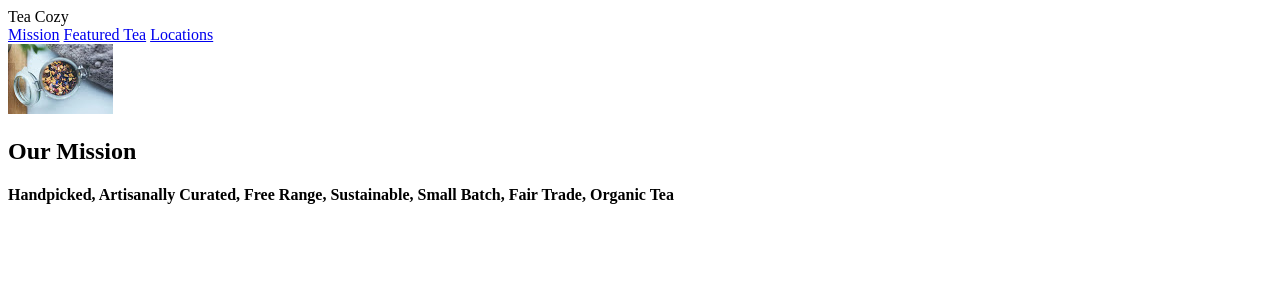
Repository: NiutaR/teaCozy
Page: index.html
These files come from the project's save history. The page is drawn as it stood at one moment and after the next save; the edit follows.
The browser window is 1280 px wide. The pictures show the whole page.

Above is the page before, as saved 2021-08-06 17:06:34.

After the next save:
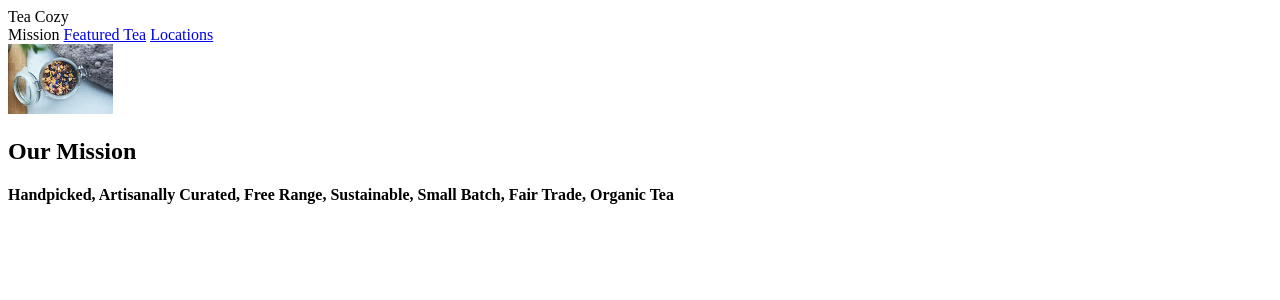
Saved 9 s later.
--- a/index.html
+++ b/index.html
@@ -11,7 +11,7 @@
 <body>
         <header>
             <a class="header-logo">Tea Cozy</a>
-            <nav class="header-right">
+            <nav class="header-navbar>
                 <a class="link" href="#">Mission</a>
                 <a class="link" href="#">Featured Tea</a>
                 <a class="link" href="#">Locations</a>

After the save that followed:
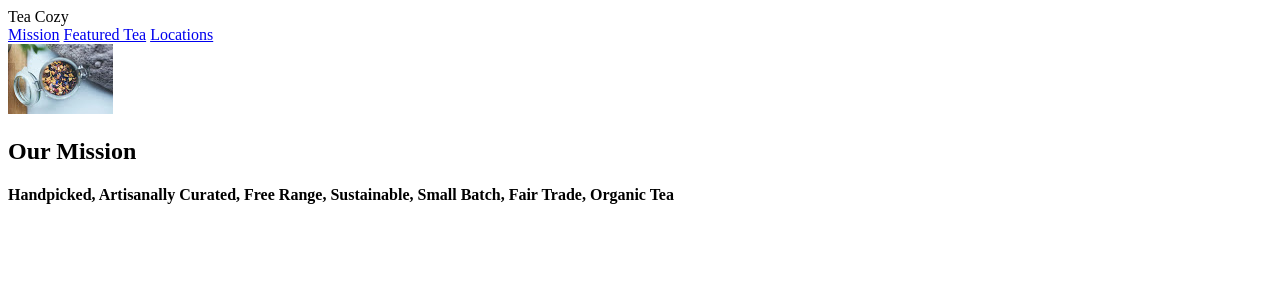
Saved 5 s later.
--- a/index.html
+++ b/index.html
@@ -11,7 +11,7 @@
 <body>
         <header>
             <a class="header-logo">Tea Cozy</a>
-            <nav class="header-navbar>
+            <nav class="header-navbar">
                 <a class="link" href="#">Mission</a>
                 <a class="link" href="#">Featured Tea</a>
                 <a class="link" href="#">Locations</a>
